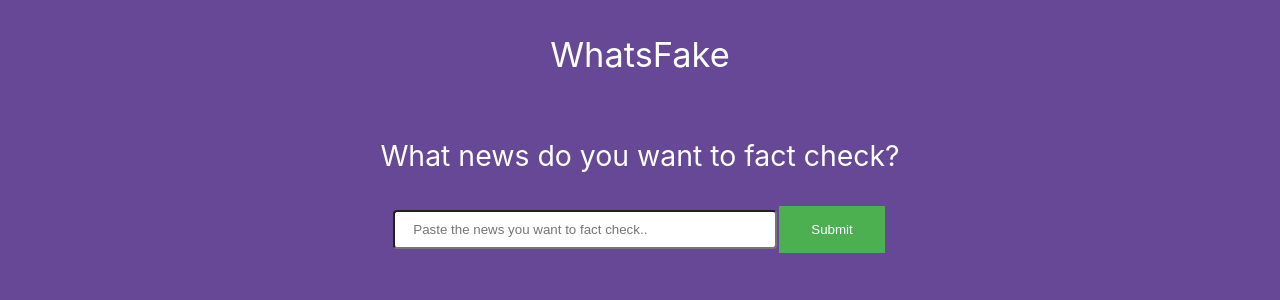
Repository: alkalox/FakeNews
Page: /
These files come from the project's save history. The page is drawn as it stood at one moment and after the next save; the edit follows.
The browser window is 1280 px wide. The pictures show the whole page.
The project was rebuilt for these pictures with package versions that can differ from the ones it lists, and the page was loaded fresh each time.

Above is the page before, as saved 2019-04-19 21:44:49.

### src/App.js
import React, { Component } from 'react';
import './App.css';

class App extends Component {
  constructor(props) {
    super(props);
    this.state = {value: ''};

    this.handleChange = this.handleChange.bind(this);
    this.handleSubmit = this.handleSubmit.bind(this);
  }

  handleChange(event) {
    this.setState({value: event.target.value});
  }

  handleSubmit(event) {
    alert('A name was submitted: ' + this.state.value);
    event.preventDefault();
  }

  render() {
    return (
      <div className="App">
        <div className = "Header">
          <header className="App-header">
            <p>
              WhatsFake
            </p>
          </header>
          <p className ="text">
            What news do you want to fact check?
          </p>
          <div className="Form">
            <form onSubmit={this.handleSubmit}>
              <label>
                <input
                  type="text"
                  value={this.state.value}
                  onChange={this.handleChange}
                  placeholder = "Paste the news you want to fact check.."
                  className ="input" />
              </label>
              <input type="submit" value="Submit" className ="submit" />
            </form>
          </div>
        </div>
      </div>
    );
  }
}

export default App;

### src/App.css
.App {
  text-align: center;
}
.Header {
  text-align: center;
  background-color: #664897;
  min-height: 100vh;
}
.App-header {
  display: flex;
  flex-direction: column;
  align-items: center;
  justify-content: flex-start;
  font-size: calc(20px + 2vmin);
  color: white;
}

.input {
  width: 30%;
  padding: 10px 18px;
  margin: 8px 0;
  box-sizing: border-box;
  border-radius: 4px;
}

.submit {
  background-color: #4CAF50;
  border: none;
  color: white;
  padding: 16px 32px;
  text-decoration: none;
  margin: 4px 2px;
  cursor: pointer;
}

.text {
  display: flex;
  flex-direction: column;
  align-items: center;
  justify-content: center;
  font-size: calc(14px + 2vmin);
  color: white;
}

@keyframes App-logo-spin {
  from {
    transform: rotate(0deg);
  }
  to {
    transform: rotate(360deg);
  }
}

Loaded but not shown: public/index.html (common file); src/index.js (common file); src/index.css (common file); src/serviceWorker.js (common file)

After the next save:
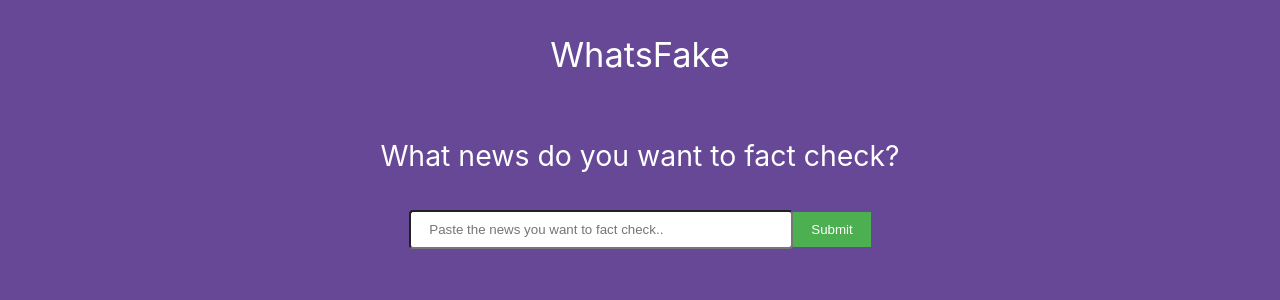
Saved 23 s later.
--- a/src/App.css
+++ b/src/App.css
@@ -27,9 +27,9 @@
   background-color: #4CAF50;
   border: none;
   color: white;
-  padding: 16px 32px;
+  padding: 10px 18px;
   text-decoration: none;
-  margin: 4px 2px;
+  margin: 8px 0px;
   cursor: pointer;
 }
 
